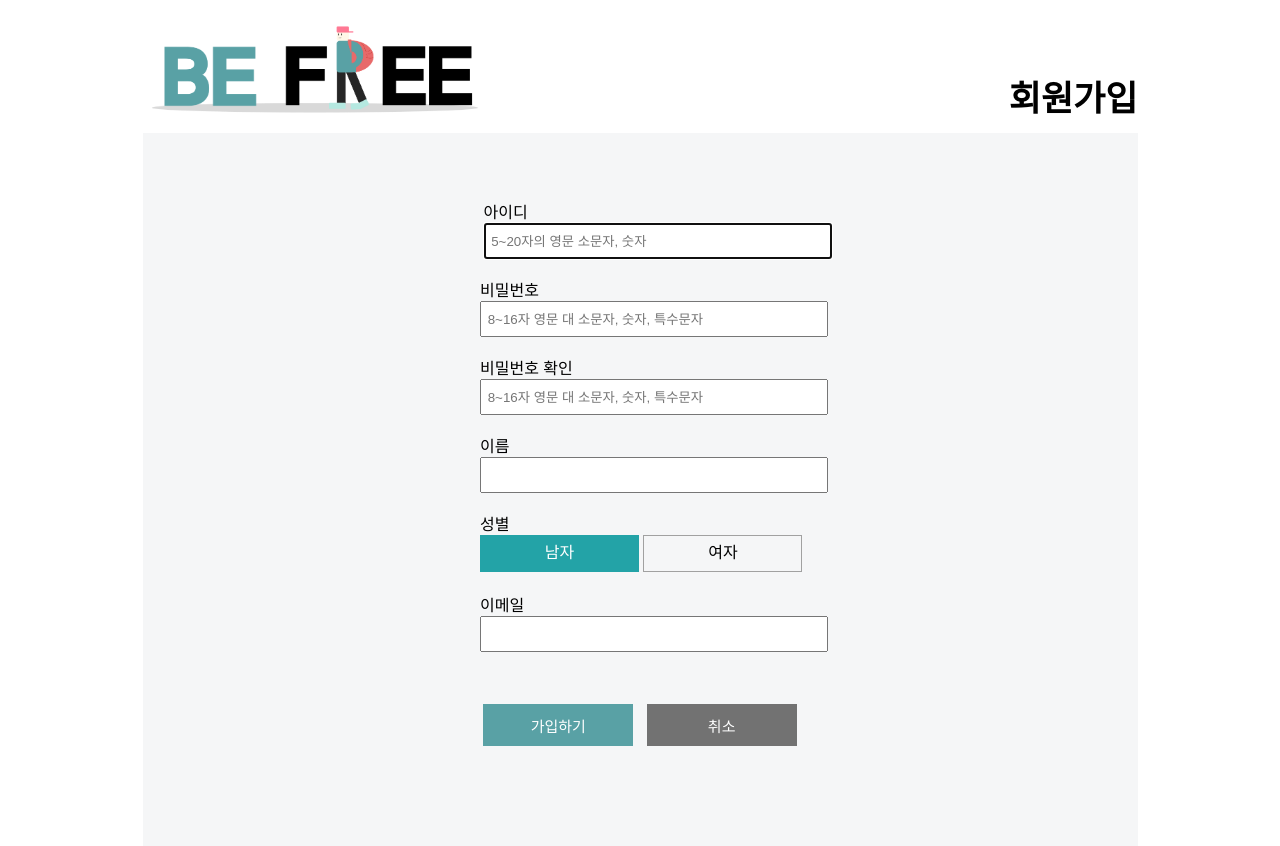
Repository: 1912087/Klavier_Piano
Page: http://localhost/notice/join.jsp
An editor plug-in stored every save of this project. The page is shown before and after the next save, followed by the edit.
The browser window is 1280 px wide. The pictures show the whole page.
Some web fonts or font styles are not loaded; a fallback is used. The page is served by Tomcat 9. Other server files are loaded and not shown.

Above is the page before, as saved 2021-11-08 19:42:25.

### Notice/notice/WebContent/join.jsp
<%@ page language="java" contentType="text/html; charset=EUC-KR"
    pageEncoding="EUC-KR"%>
<!DOCTYPE html>
<html>
    <head>
        <meta charset="UTF-8">
        <title>BE FREE</title>
        <script src ="https://cdnjs.cloudflare.com/ajax/libs/jquery/3.3.1/jquery.js"></script>
        <link href="https://fonts.googleapis.com/css?family=Bungee+Inline&display=swap" rel="stylesheet">
        <link href="https://fonts.googleapis.com/css2?family=Varela+Round&display=swap" rel="stylesheet">

        <link rel="preconnect" href="https://fonts.googleapis.com">
        <link rel="preconnect" href="https://fonts.gstatic.com" crossorigin>
        <link href="https://fonts.googleapis.com/css2?family=Gowun+Dodum&display=swap" rel="stylesheet">

        <style>
            body{font-family: 'Gowun Dodum', sans-serif;}
            ul {list-style-type: none;}
            a {text-decoration: none; color:black;}
            input {height:30px; width: 340px;}

            .all {
                padding-top:15px;
                margin:0 auto;
                width:995px;
            }
            .logo{
                display: flex;
                width: 341px;
                float: left;
            }
            .aa {
                /*height:1200px;*/
                background-color: #f5f6f7;
                padding-top: 50px;
                position: relative;
                top: 110px;
                padding-bottom: 100px;
            }

            h2 {
                font-size: 35px;
                margin: 0px;
                float: right;
                text-align: right;
                z-index: -1000;
                width: 200px;
                margin-top: 47px;
            }

            .aa li, .a2 div { margin-left:50px;}

            .a2 {
                width:500px;
                margin:0 auto;

            }
            .btn {text-align: center;}
            .ch {position: relative; top:-10px;}
            .btn1{
                background-color: rgb(89, 161, 165);
                width: 150px;
                height: 42px;
                border: none;
            }
            .btn1 a{color: white; font-family: 'Gowun Dodum', sans-serif; font-size: 15px;}
            .btn2{
                background-color: rgb(114, 114, 114);
                width: 150px;
                height: 42px;
                border: none;
            }
            .btn2 a{color: white; font-family: 'Gowun Dodum', sans-serif; font-size: 15px;}

			.checking{height: 20px; width: 20px;}

            .btn-primary input[type="radio"] {
                display: none;
            }
            .btn-primary input[type="radio"] + span{
                display:inline-block;
                background:none;
                border:1px solid #a1a1a1;
                padding:0px 10px;
                text-align:center;
                height:35px;
                line-height:33px;
                font-weight:500;
                cursor:pointer;
                width: 137px;
                margin-bottom: 20px;
            }

            .btn-primary input[type="radio"]:checked + span{
                border:1px solid #23a3a7;
                background:#23a3a7;
                color:#fff;
            }

        </style>
        <script type="text/javascript">
            $(function(){
                $('.btn1').click(function(){
                    var id = document.getElementById('ID').value;
                    var pw = document.getElementById('PW').value;
                    var pwchk = document.getElementById('PWchk').value;
                    var name = document.getElementById('name').value;
                    var email = document.getElementById('email').value;
                    var terms1 = $("#check1").is(':checked');

                    if(id ==""){
                        alert("아이디를 입력하세요");
                        id.focus();
                        exit;

                    }else if(pw ==""){
                        alert("비밀번호를 입력하세요");
                        pw.focus();
                        exit;

                    }else if(pwchk==""){
                        alert("비밀번호확인을 입력하세요");
                        pwchk.focus();
                        exit;
                    }else if(name==""){
                        alert("이름을 입력하세요");
                        name.focus();
                        exit;
                    }
                    if(email==""){
                        alert("이메일을 입력하세요");
                        document.join.email.focus();
                        exit;
                    }
                    if(pw!=pwchk){
                        alert("입력한 2개의 비밀번호가 일치하지 않습니다.");
                        document.join.pw.focus();
                        exit;
                    }
                    if(id.length<5 || id.length>20){
                        alert("아이디는 5자이상 20자이하로 입력해주세요.");
                        document.join.id.focus();
                        exit;
                    }
                    if(!CheckEmail(email)){
                        alert("이 메일형식이 올바르지 않습니다.");
                        document.join.email.focus();
                        exit;
                    }
                });

                // 이메일이 잘못되었는지 확인하는 함수
                function CheckEmail(str)
                {
                    var reg_email = /^([0-9a-zA-Z_\.-]+)@([0-9a-zA-Z_-]+)(\.[0-9a-zA-Z_-]+){1,2}$/;
                    if(!reg_email.test(str)) {
                        return false;
                    }
                    else {
                        return true;
                    }

                }
            });

        </script>
    </head>
    <body>
        <div class="all">
            <header>
                <div class="name">
                    <a href="main.html"><img class="logo" src="images/BE_FREE.png"></a>
                    <h2>회원가입</h2>
                </div>
            </header>

            <from name="join" method="post" action="로그인.html">
                <div class="aa">
                    <div class="a2">
                        <ul>
                            <li><label>아이디</label><br><input type="id" size="43" id="ID" name="userID" placeholder=" 5~20자의 영문 소문자, 숫자" autofocus required></li><br>
                            <li><label>비밀번호</label><br><input type="password" id="PW" name="userPassword" size="43" placeholder=" 8~16자 영문 대 소문자, 숫자, 특수문자"required></li><br>
                            <li><label>비밀번호 확인</label><br><input type="password" id="PWchk" name="pwchk2" size="43" placeholder=" 8~16자 영문 대 소문자, 숫자, 특수문자"required></li><br>
                            <li><label>이름</label><br><input type="name" name="userName" id="name" size="43"required></li><br>
                            <li>
                                <label>성별</label><br>
                                <label class="btn btn-primary active">
                                    <input type="radio" name="userGender" autocomplete="off" checked><span>남자</span>
                                </label>
                                <label class="btn btn-primary active">
                                    <input type="radio" name="userGender" autocomplete="off"><span>여자</span>
                                </label>
                            </li>
                            <li><label>이메일</label><br><input type="email" id="email" name="userEmail" size="43" class="userEmail"></li><br>
                        </ul>
                    </div>
                    <br>
                    <div class="btn">
                        <button class="btn1"><a href="#">가입하기</a></button> &nbsp;
                        <button class="btn2"><a href="main.html">취소</a></button>
                    </div>
                </div>
            </from>

        </div>
    </body>
</html>

After the next save:
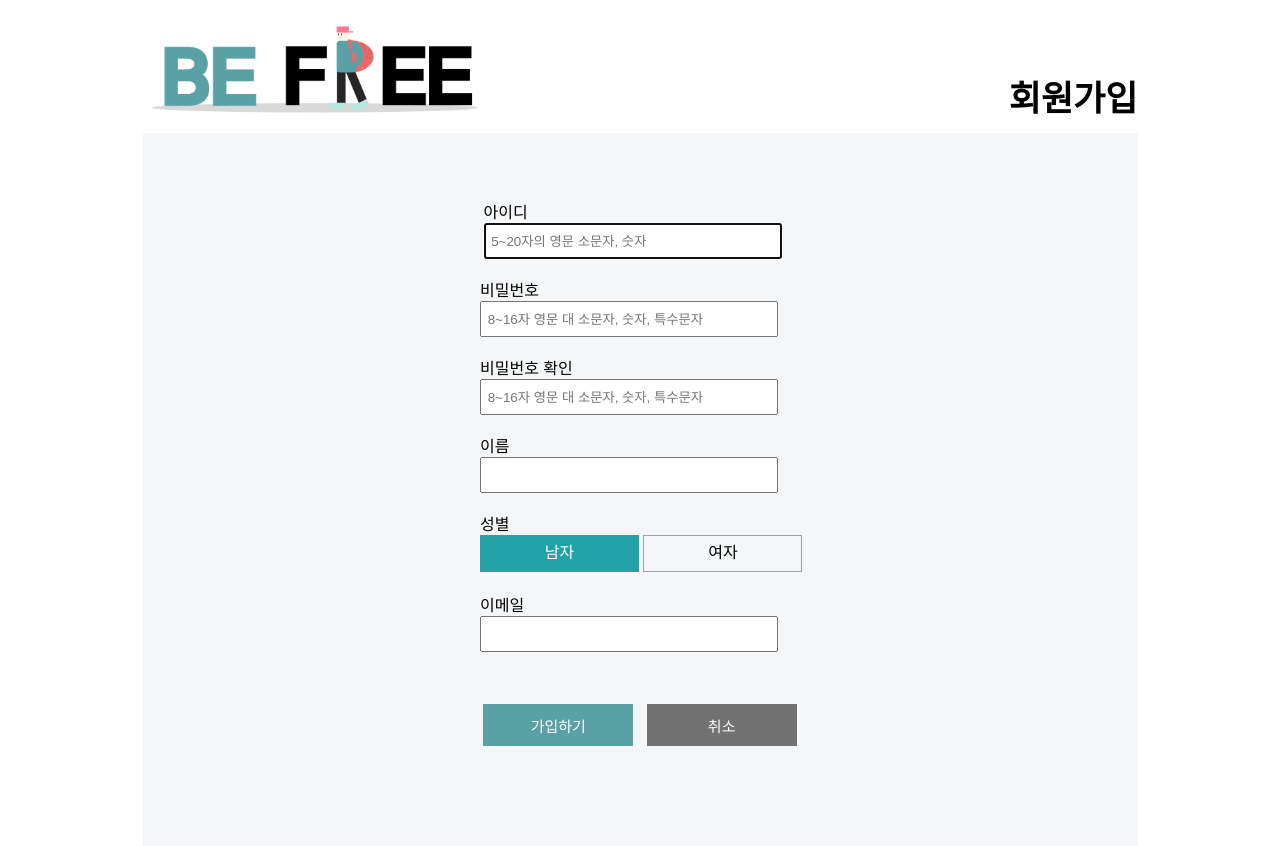
Saved 6 s later.
--- a/Notice/notice/WebContent/join.jsp
+++ b/Notice/notice/WebContent/join.jsp
@@ -17,7 +17,7 @@
             body{font-family: 'Gowun Dodum', sans-serif;}
             ul {list-style-type: none;}
             a {text-decoration: none; color:black;}
-            input {height:30px; width: 340px;}
+            input {height:30px; width: 290px;}
 
             .all {
                 padding-top:15px;
